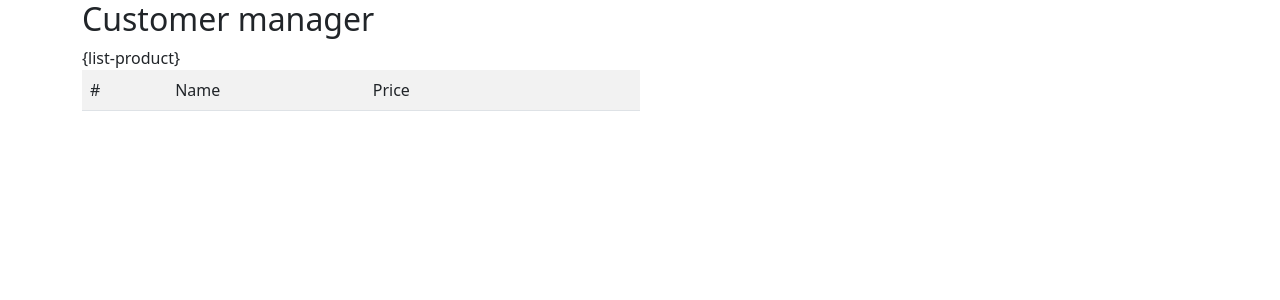
Repository: nguyenhung50497/MD3_thaoTacVoiFile
Page: BT_productManager2/templates/display.html
An editor plug-in stored every save of this project. The page is shown before and after the next save, followed by the edit.
The browser window is 1280 px wide. The pictures show the whole page.
Some web libraries are served in a nearby version.

Above is the page before, as saved 2022-12-14 16:50:35.

After the next save:
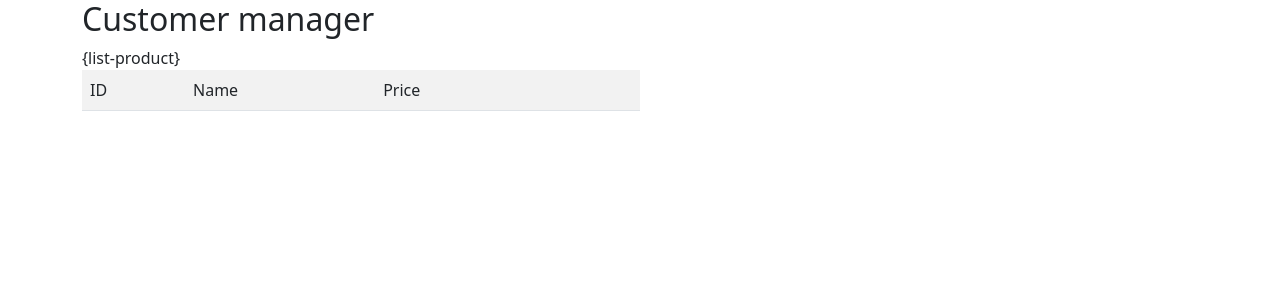
Saved 22 s later.
--- a/BT_productManager2/templates/display.html
+++ b/BT_productManager2/templates/display.html
@@ -11,7 +11,7 @@
         <h2>Customer manager</h2>
         <table class="table table-striped">
             <tr>
-                <td>#</td>
+                <td>ID</td>
                 <td>Name</td>
                 <td>Price</td>
                 <td></td>
